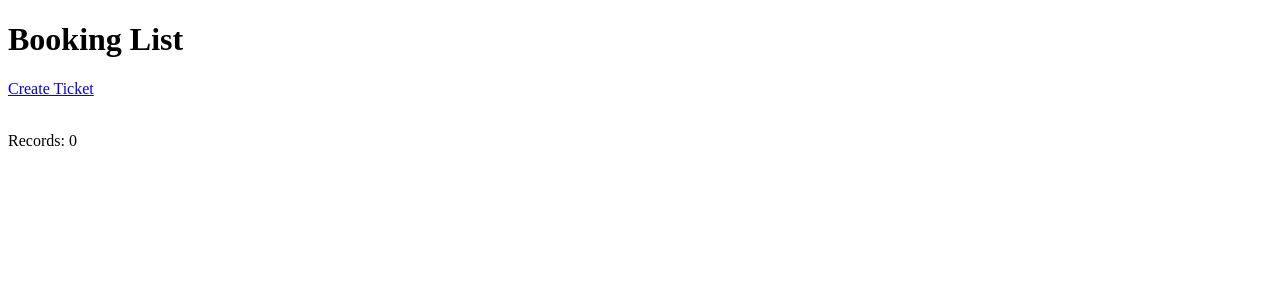
Repository: lucidcoding/CampervibeJava
Page: http://localhost/Campervibe/booking
These files come from the project's save history. The page is drawn as it stood at one moment and after the next save; the edit follows.
The browser window is 1280 px wide. The pictures show the whole page.
The page is served by Tomcat 9. Other server files are loaded and not shown.

Above is the page before, as saved 2016-01-10 19:20:53.

### Campervibe/WebContent/WEB-INF/jsp/view/listBookings.jsp
<%@ page session="false" %>
<%@ page import="java.util.Map, java.util.UUID" %>
<%@ page import="uk.co.luciditysoftware.campervibe.domain.entities.Booking" %>
<%@ taglib prefix="c" uri="http://java.sun.com/jsp/jstl/core" %>

<%
    @SuppressWarnings("unchecked")
    Map<UUID, Booking> bookingDatabase =
            (Map<UUID, Booking>)request.getAttribute("bookingDatabase");
%>
<!DOCTYPE html>
<html>
<head>
<meta http-equiv="Content-Type" content="text/html; charset=ISO-8859-1">
<title>Insert title here</title>
</head>
<body>
	<h1>${"Booking List"}</h1>

	<a href="<c:url value="booking">
            <c:param name="action" value="make" />
        </c:url>">Create Ticket</a>
        <br /><br />
        <p>Records: ${bookingDatabase.size() }
        <!-- <%
            if(bookingDatabase.size() == 0)
            {
                %><i>There are no tickets in the system.</i><%
            }
            else
            {
                for(UUID id : bookingDatabase.keySet())
                {
                    String idString = id.toString();
                    Booking booking = bookingDatabase.get(id);
                    %>Ticket ${idString}: (#<%= idString %>)<a href="<c:url value="/tickets">
                        <c:param name="action" value="view" />
                        <c:param name="bookingId" value="<%= idString %>" />
                    </c:url>">${booking.getBookingNumber()}(<%= booking.getBookingNumber() %>)
                    </a><br /><%
                }
            }
        %> -->
        <ul>
		    <c:forEach items="${bookingDatabase}" var="booking">
		    	<li>
	    			Key = ${booking.key}, value = ${booking.value.getBookingNumber()}
	    		</li>
			</c:forEach>
		</ul>
</body>
</html>

### Campervibe/src/uk/co/luciditysoftware/campervibe/ui/BookingServlet.java
package uk.co.luciditysoftware.campervibe.ui;

import java.io.IOException;
import java.math.BigDecimal;
import java.util.LinkedHashMap;
import java.util.Map;
import java.util.UUID;
import java.text.DateFormat;
import java.text.SimpleDateFormat;
import javax.servlet.ServletException;
import javax.servlet.http.HttpServlet;
import javax.servlet.http.HttpServletRequest;
import javax.servlet.http.HttpServletResponse;
import uk.co.luciditysoftware.campervibe.domain.entities.Booking;
import uk.co.luciditysoftware.campervibe.domain.entities.Depot;
import uk.co.luciditysoftware.campervibe.domain.entities.Vehicle;
import uk.co.luciditysoftware.campervibe.domain.requests.booking.MakeRequest;
import javax.servlet.annotation.WebServlet;
import javax.servlet.annotation.MultipartConfig;

@WebServlet(name = "bookingServlet", urlPatterns = { "/booking" }, loadOnStartup = 1)
@MultipartConfig(fileSizeThreshold = 5_242_880, // 5MB
maxFileSize = 20_971_520L, // 20MB
maxRequestSize = 41_943_040L // 40MB
)
public class BookingServlet extends HttpServlet {
	private static final long serialVersionUID = 1L;
    private Map<UUID, Booking> bookingDatabase = new LinkedHashMap<>();
    private Map<UUID, Vehicle> vehicleDatabase = new LinkedHashMap<>();

	/**
	 * @see HttpServlet#HttpServlet()
	 */
	public BookingServlet() {
		super();

		Depot depot = new Depot();
		depot.setId(UUID.randomUUID());
		depot.setName("Manchester");
		depot.setCode("MAN01");

		Vehicle vehicle1 = new Vehicle(){{
			setId(UUID.randomUUID());
			setName("Archie");
			setMake("Volkswagen");
			setModel("T1");
			setHomeDepot(depot);
			setPricePerDay(new BigDecimal(10.0));
		}};

		Vehicle vehicle2 = new Vehicle(){{
			setId(UUID.randomUUID());
			setName("Barry");
			setMake("Volkswagen");
			setModel("T2");
			setHomeDepot(depot);
			setPricePerDay(new BigDecimal(10.0));
		}};

		vehicleDatabase.put(vehicle1.getId(), vehicle1);
		vehicleDatabase.put(vehicle2.getId(), vehicle2);
	}

	/**
	 * @see HttpServlet#doGet(HttpServletRequest request, HttpServletResponse
	 *      response)
	 */
	protected void doGet(HttpServletRequest request, HttpServletResponse response)
			throws ServletException, IOException {

		String action = request.getParameter("action");

		if (action == null)
			action = "list";

		switch (action) {
		case "make":
			this.showMakeBookingForm(request, response);
			break;
		case "view":
			// this.viewTicket(request, response);
			break;
		case "download":
			// this.downloadAttachment(request, response);
			break;
		case "list":
		default:
			this.listBookings(request, response);
			break;
		}
	}

	/**
	 * @see HttpServlet#doPost(HttpServletRequest request, HttpServletResponse
	 *      response)
	 */
	protected void doPost(HttpServletRequest request, HttpServletResponse response)
			throws ServletException, IOException {
		String action = request.getParameter("action");

        if(action == null)
            action = "list";

        switch(action)
        {
            case "make":
                this.makeBooking(request, response);
                break;
            case "list":
            default:
                response.sendRedirect("tickets");
                break;
        }
	}

	private void listBookings(HttpServletRequest request, HttpServletResponse response)
			throws ServletException, IOException {
        request.setAttribute("bookingDatabase", this.bookingDatabase);
		request.getRequestDispatcher("/WEB-INF/jsp/view/listBookings.jsp").forward(request, response);
	}

	private void showMakeBookingForm(HttpServletRequest request, HttpServletResponse response)
			throws ServletException, IOException {
        request.setAttribute("vehicleDatabase", this.vehicleDatabase);
		request.getRequestDispatcher("/WEB-INF/jsp/view/makeBookingForm.jsp").forward(request, response);
	}

	private void makeBooking(HttpServletRequest request, HttpServletResponse response)
			throws ServletException, IOException {
		DateFormat formatter = new SimpleDateFormat("dd/MM/yyyy");

		MakeRequest makeRequest = new MakeRequest();

		try
		{
			makeRequest.setStartDate(formatter.parse(request.getParameter("startDate")));
		}
		catch(Exception ex){

		}

		try
		{
			makeRequest.setEndDate(formatter.parse(request.getParameter("endDate")));
		}
		catch(Exception ex){

		}

		UUID vehicleId = UUID.fromString(request.getParameter("vehicleId"));
		makeRequest.setVehicle(this.vehicleDatabase.get(vehicleId));

		Booking booking = Booking.make(makeRequest);
		this.bookingDatabase.put(booking.getId(), booking);
        request.setAttribute("bookingDatabase", this.bookingDatabase);
		request.getRequestDispatcher("/WEB-INF/jsp/view/listBookings.jsp").forward(request, response);
	}
}

After the next save:
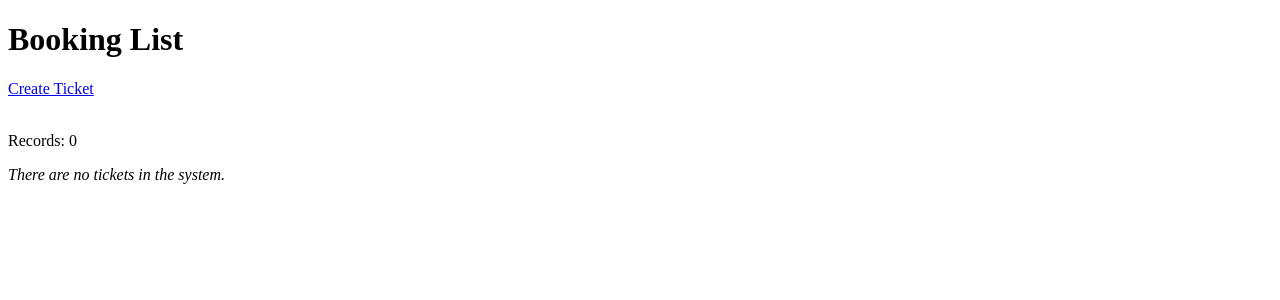
Saved 39 s later.
--- a/Campervibe/WebContent/WEB-INF/jsp/view/listBookings.jsp
+++ b/Campervibe/WebContent/WEB-INF/jsp/view/listBookings.jsp
@@ -22,7 +22,16 @@
         </c:url>">Create Ticket</a>
         <br /><br />
         <p>Records: ${bookingDatabase.size() }
-        <!-- <%
+        <ul>
+		    <c:forEach items="${bookingDatabase}" var="booking">
+		    	<li>
+	    			Key = ${booking.key}, value = ${booking.value.getBookingNumber()}
+	    		</li>
+			</c:forEach>
+		</ul>
+
+
+        <%
             if(bookingDatabase.size() == 0)
             {
                 %><i>There are no tickets in the system.</i><%
@@ -40,13 +49,6 @@
                     </a><br /><%
                 }
             }
-        %> -->
-        <ul>
-		    <c:forEach items="${bookingDatabase}" var="booking">
-		    	<li>
-	    			Key = ${booking.key}, value = ${booking.value.getBookingNumber()}
-	    		</li>
-			</c:forEach>
-		</ul>
+        %>
 </body>
 </html>

After the 2 saves that followed:
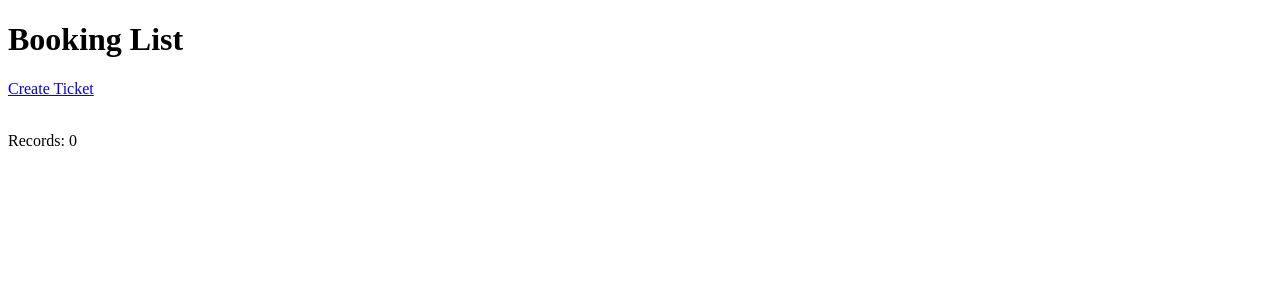
The 2 saves are shown as one change because 1 left the picture as it was.
The last was saved 3 min 38 s later.
--- a/Campervibe/WebContent/WEB-INF/jsp/view/listBookings.jsp
+++ b/Campervibe/WebContent/WEB-INF/jsp/view/listBookings.jsp
@@ -31,24 +31,5 @@
 		</ul>
 
 
-        <%
-            if(bookingDatabase.size() == 0)
-            {
-                %><i>There are no tickets in the system.</i><%
-            }
-            else
-            {
-                for(UUID id : bookingDatabase.keySet())
-                {
-                    String idString = id.toString();
-                    Booking booking = bookingDatabase.get(id);
-                    %>Ticket ${idString}: (#<%= idString %>)<a href="<c:url value="/tickets">
-                        <c:param name="action" value="view" />
-                        <c:param name="bookingId" value="<%= idString %>" />
-                    </c:url>">${booking.getBookingNumber()}(<%= booking.getBookingNumber() %>)
-                    </a><br /><%
-                }
-            }
-        %>
 </body>
 </html>
